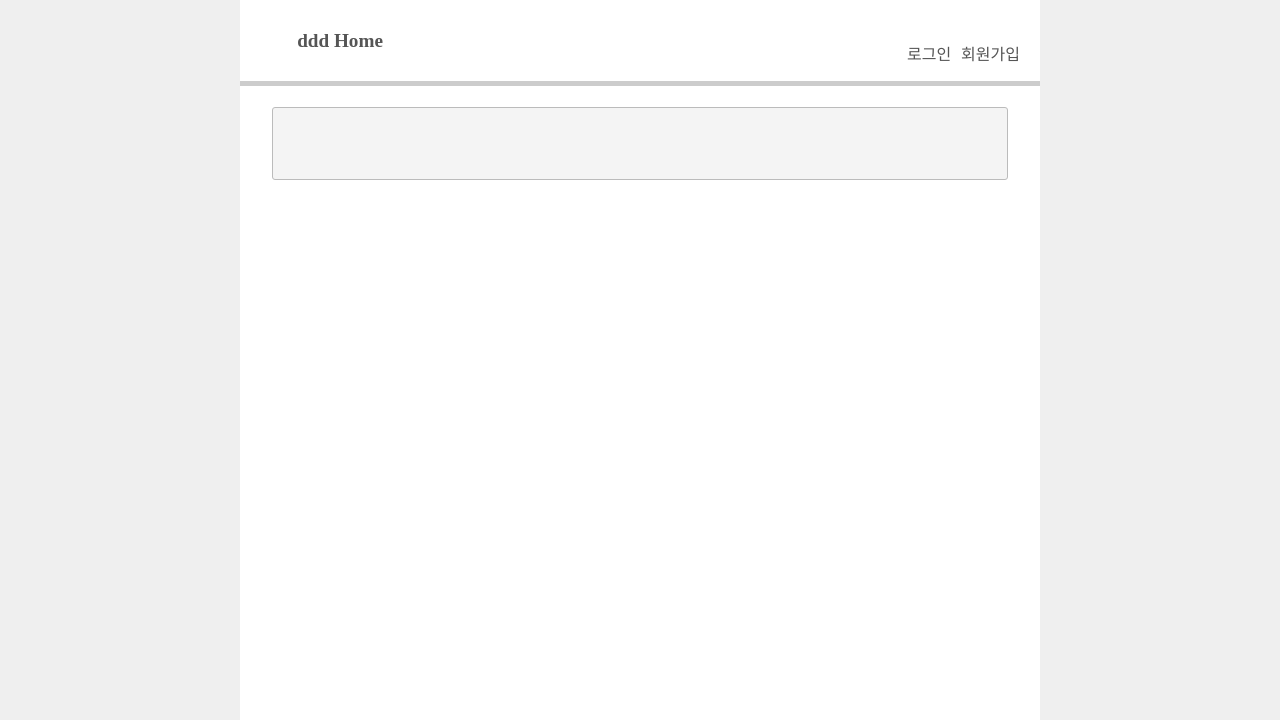
Repository: Deneb0000/JSP
Page: http://localhost/jspPro/days03/ex05_ok.jsp
An editor plug-in stored every save of this project. The page is shown before and after the next save, followed by the edit.
The browser window is 1280 px wide. The pictures show the whole page.
Some web fonts or font styles are not loaded; a fallback is used. The page is served by Tomcat 9.

Above is the page before, as saved 2024-10-17 05:37:07.

After the next save:
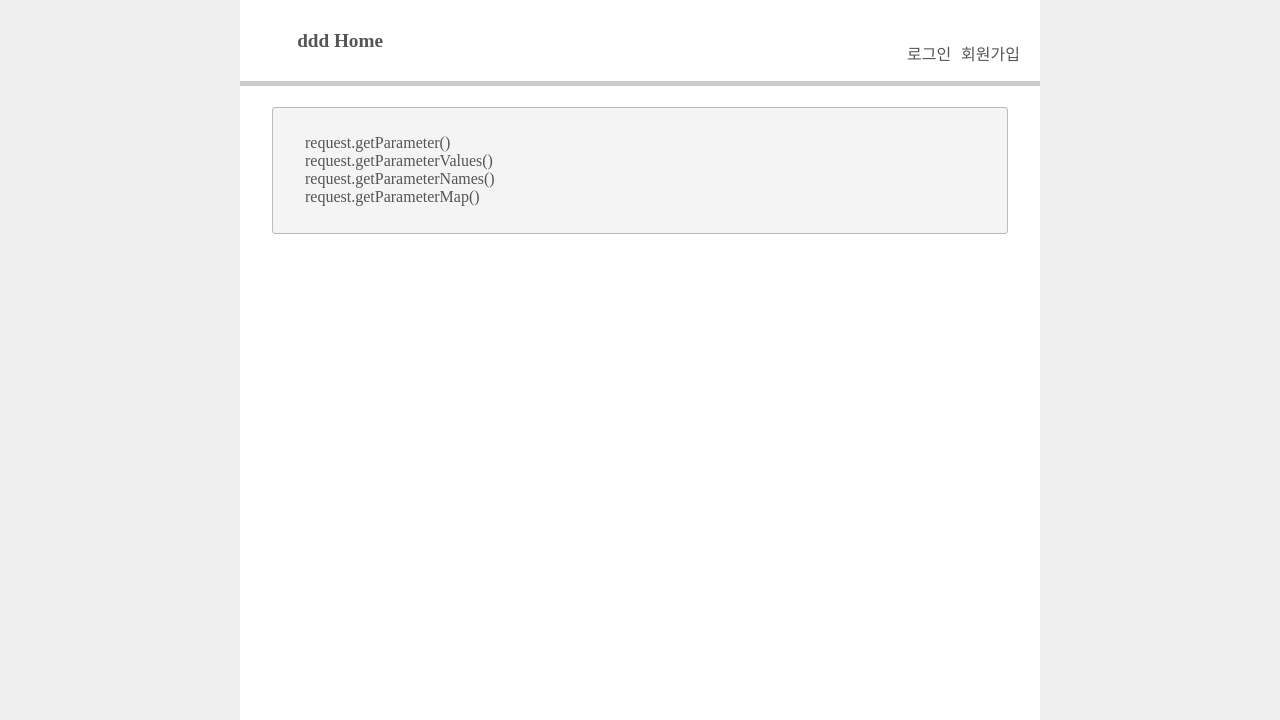
Saved 2 min 7 s later.
--- a/jspPro/src/main/webapp/days03/ex05_ok.jsp
+++ b/jspPro/src/main/webapp/days03/ex05_ok.jsp
@@ -26,7 +26,10 @@
 </header>
 <div>
   <xmp class="code">
-
+    request.getParameter()
+    request.getParameterValues()
+    request.getParameterNames()
+    request.getParameterMap()
   </xmp>
 </div>
 </body>
